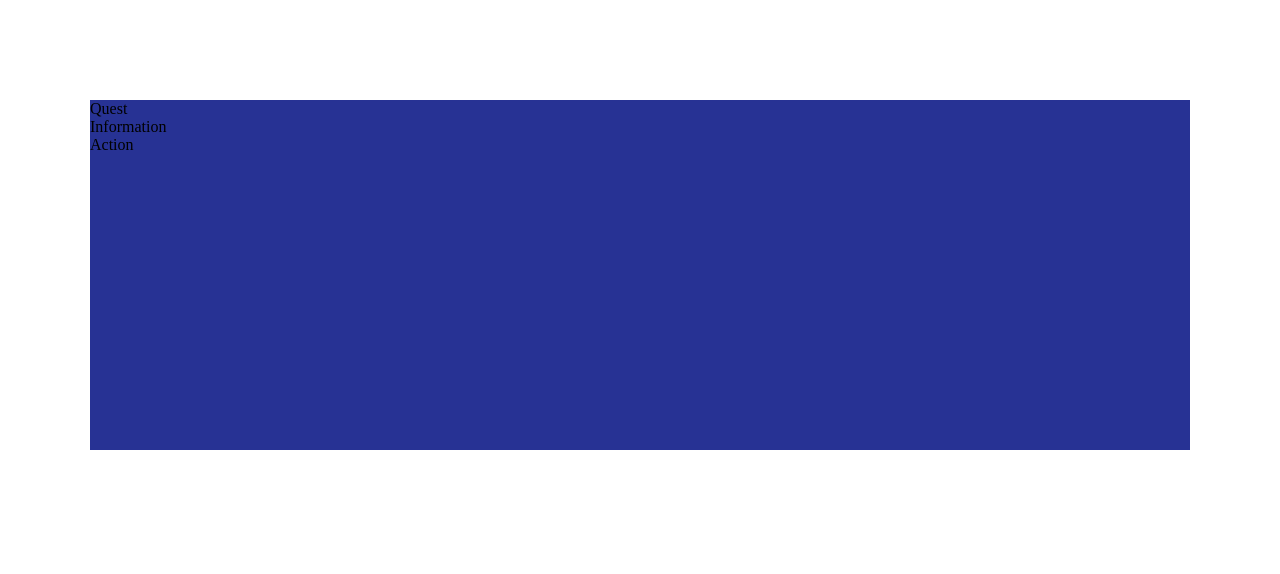
Repository: rahulnag7963/UBCHacks4.0
Page: /
The author's editor kept a copy of each file at every save. The page is drawn from the files as they stood at one save, then again after the next save.
The browser window is 1280 px wide. The pictures show the whole page.
The project was rebuilt for these pictures with package versions that can differ from the ones it lists, and the page was loaded fresh each time.

Above is the page before, as saved 2022-11-26 02:35:02.

After the next save:
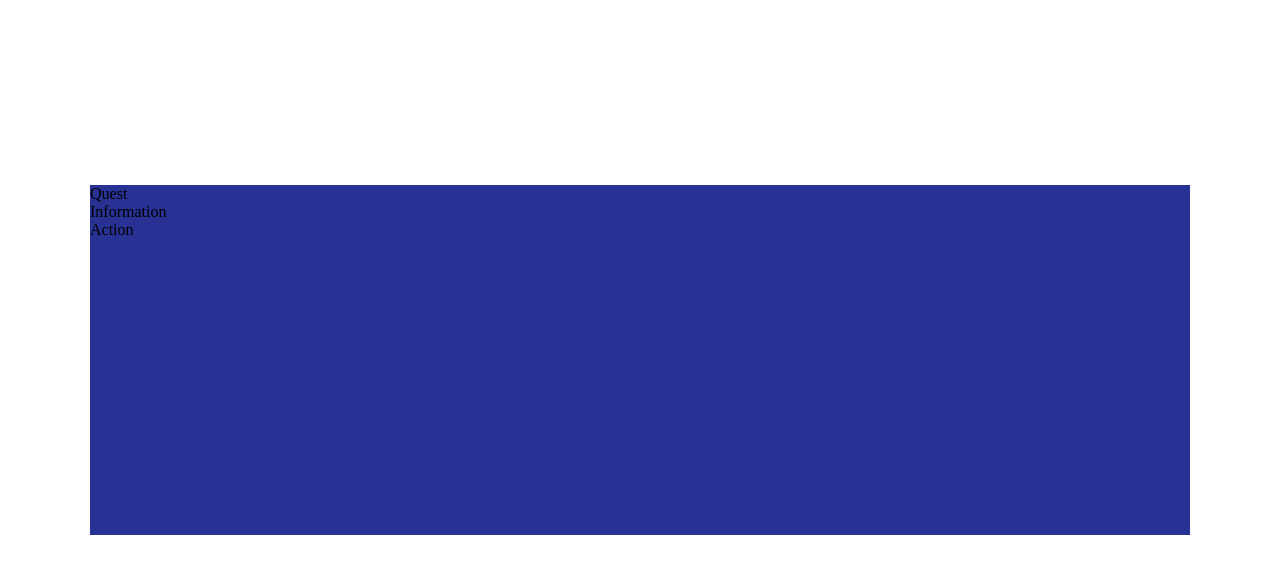
Saved 40 s later.
--- a/src/app.css
+++ b/src/app.css
@@ -4,7 +4,7 @@
     background-color: rgb(39, 50, 148);
     margin-left: auto;
     margin-right: auto;
-    margin-top: 100px;
+    margin-top: 185px;
 
 
 }
